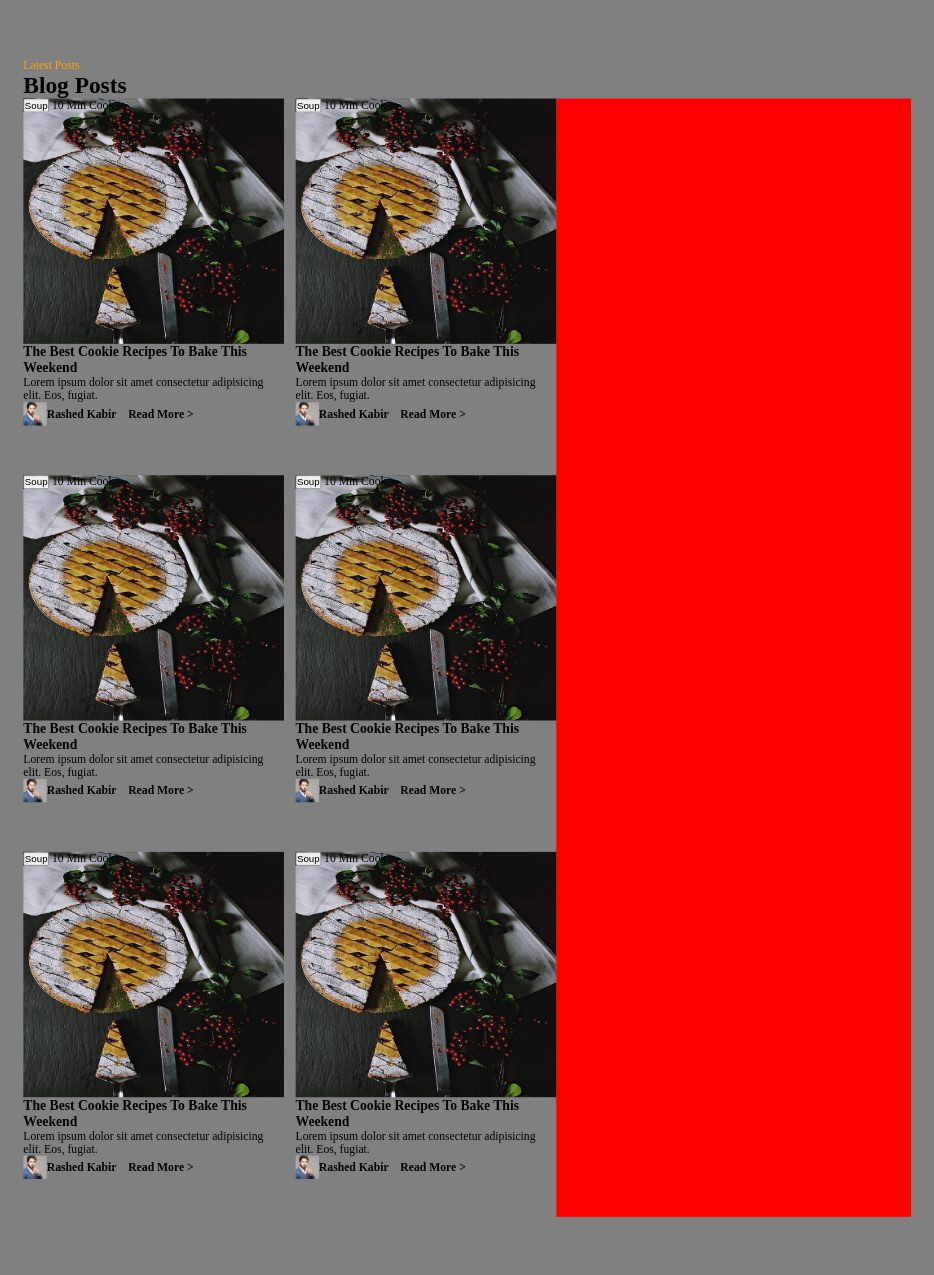
Repository: ngoctinvo/diner_project_cybersoft
Page: html/blog.html
These files come from the project's save history. The page is drawn as it stood at one moment and after the next save; the edit follows.
The browser window is 1280 px wide. The pictures show the whole page, at 73% of full size.
The style sheet was rebuilt from its Sass, Less or Tailwind sources for each picture, by a compiler version that may differ from the author's.

Above is the page before, as saved 2022-04-19 00:13:59.

### html/blog.html
<!DOCTYPE html>
<html lang="en">

<head>
    <meta charset="UTF-8">
    <meta http-equiv="X-UA-Compatible" content="IE=edge">
    <meta name="viewport" content="width=device-width, initial-scale=1.0">
    <title>Document</title>
    <link rel="stylesheet" href="../css/blog.css">
</head>

<body>
    <header></header>
    <section class="blog">
        <div class="container">
            <div class="title">
                <p>Latest Posts</p>
                <h1>Blog Posts</h1>
            </div>
            <div class="row">
                <div class="left-posts">
                    <div class="list">
                        <div class="item">
                            <div class="img">
                                <img src="../img/blog/g4.jpg" alt="">
                                <div class="info-img">
                                    <button>Soup</button>
                                    <span><i class="fa fa-clock"></i> 10 Min Cook</span>
                                </div>

                            </div>
                            <div class="content">
                                <h3>The Best Cookie Recipes To Bake This Weekend</h3>
                                <p>Lorem ipsum dolor sit amet consectetur adipisicing elit. Eos, fugiat.</p>
                            </div>
                            <div class="author">
                                <div class="author-info">
                                    <a href="#">
                                        <img src="../img/blog/team1.jpg" alt="">
                                        <span>Rashed Kabir</span>
                                    </a>
                                </div>

                                <a href="#">Read More ></a>
                            </div>
                        </div>
                        <div class="item">
                            <div class="img">
                                <img src="../img/blog/g4.jpg" alt="">
                                <div class="info-img">
                                    <button>Soup</button>
                                    <span><i class="fa fa-clock"></i> 10 Min Cook</span>
                                </div>

                            </div>
                            <div class="content">
                                <h3>The Best Cookie Recipes To Bake This Weekend</h3>
                                <p>Lorem ipsum dolor sit amet consectetur adipisicing elit. Eos, fugiat.</p>
                            </div>
                            <div class="author">
                                <div class="author-info">
                                    <a href="#">
                                        <img src="../img/blog/team1.jpg" alt="">
                                        <span>Rashed Kabir</span>
                                    </a>
                                </div>

                                <a href="#">Read More ></a>
                            </div>
                        </div>
                        <div class="item">
                            <div class="img">
                                <img src="../img/blog/g4.jpg" alt="">
                                <div class="info-img">
                                    <button>Soup</button>
                                    <span><i class="fa fa-clock"></i> 10 Min Cook</span>
                                </div>

                            </div>
                            <div class="content">
                                <h3>The Best Cookie Recipes To Bake This Weekend</h3>
                                <p>Lorem ipsum dolor sit amet consectetur adipisicing elit. Eos, fugiat.</p>
                            </div>
                            <div class="author">
                                <div class="author-info">
                                    <a href="#">
                                        <img src="../img/blog/team1.jpg" alt="">
                                        <span>Rashed Kabir</span>
                                    </a>
                                </div>

                                <a href="#">Read More ></a>
                            </div>
                        </div>
                        <div class="item">
                            <div class="img">
                                <img src="../img/blog/g4.jpg" alt="">
                                <div class="info-img">
                                    <button>Soup</button>
                                    <span><i class="fa fa-clock"></i> 10 Min Cook</span>
                                </div>

                            </div>
                            <div class="content">
                                <h3>The Best Cookie Recipes To Bake This Weekend</h3>
                                <p>Lorem ipsum dolor sit amet consectetur adipisicing elit. Eos, fugiat.</p>
                            </div>
                            <div class="author">
                                <div class="author-info">
                                    <a href="#">
                                        <img src="../img/blog/team1.jpg" alt="">
                                        <span>Rashed Kabir</span>
                                    </a>
                                </div>

                                <a href="#">Read More ></a>
                            </div>
                        </div>
                        <div class="item">
                            <div class="img">
                                <img src="../img/blog/g4.jpg" alt="">
                                <div class="info-img">
                                    <button>Soup</button>
                                    <span><i class="fa fa-clock"></i> 10 Min Cook</span>
                                </div>

                            </div>
                            <div class="content">
                                <h3>The Best Cookie Recipes To Bake This Weekend</h3>
                                <p>Lorem ipsum dolor sit amet consectetur adipisicing elit. Eos, fugiat.</p>
                            </div>
                            <div class="author">
                                <div class="author-info">
                                    <a href="#">
                                        <img src="../img/blog/team1.jpg" alt="">
                                        <span>Rashed Kabir</span>
                                    </a>
                                </div>

                                <a href="#">Read More ></a>
                            </div>
                        </div>
                        <div class="item">
                            <div class="img">
                                <img src="../img/blog/g4.jpg" alt="">
                                <div class="info-img">
                                    <button>Soup</button>
                                    <span><i class="fa fa-clock"></i> 10 Min Cook</span>
                                </div>

                            </div>
                            <div class="content">
                                <h3>The Best Cookie Recipes To Bake This Weekend</h3>
                                <p>Lorem ipsum dolor sit amet consectetur adipisicing elit. Eos, fugiat.</p>
                            </div>
                            <div class="author">
                                <div class="author-info">
                                    <a href="#">
                                        <img src="../img/blog/team1.jpg" alt="">
                                        <span>Rashed Kabir</span>
                                    </a>
                                </div>

                                <a href="#">Read More ></a>
                            </div>
                        </div>
                    </div>
                    <div class="control-btn"></div>
                </div>
                <div class="right-posts">
                    <!-- <div class="right-container">
                        <div class="item latest-recipes">
                            <h2>Lastest recipes</h2>
                            <div class="list">
                                <div class="item">
                                    <img src="../img/blog/banner1.jpg">
                                    <span>How to make capuccino</span>
                                </div>
                                <div class="item">
                                    <img src="../img/blog/banner1.jpg">
                                    <span>How to make capuccino</span>
                                </div>
                                <div class="item">
                                    <img src="../img/blog/banner1.jpg">
                                    <span>How to make capuccino</span>
                                </div>
                                <div class="item">
                                    <img src="../img/blog/banner1.jpg">
                                    <span>How to make capuccino</span>
                                </div>
                            </div>
                        </div>
                        <div class="item trending-posts">
                            <h3>Trending posts</h3>
                            <div class="list">
                                <div class="item">
                                    <img src="../img/blog/g3.jpg" alt="">
                                    <div class="info">
                                        <p>12 Curry Recipes You’ll Ever Need</p>
                                        <span>Feb 4, 2021</span>
                                    </div>
                                </div>
                            </div>
                        </div>
                        <div class="item categories">
                            <h3>Categories</h3>
                            <ul>
                                <li>
                                    <a href="#">Desserts</a>
                                </li>
                                <li>
                                    <a href="#">Cakes and Biscuits</a>
                                </li>
                                <li>
                                    <a href="#">Food recipes</a>
                                </li>

                            </ul>
                        </div>
                        <div class="item advertisement">
                            <h3>Advertisement</h3>
                            <img src="../img/blog/g1.jpg" alt="">
                        </div>
                    </div> -->



                </div>
            </div>
        </div>
        </div>
    </section>
    <footer></footer>
</body>

</html>

### sass/blog.scss
* {
    margin: 0;
    padding: 0;
    box-sizing: border-box;
}

.blog {
    color: black;
    .container {
        width: 100%;
        background-color: gray;
        padding: 5rem 2rem;
        .title {
            p {
                color: orange;
                font-size: 1rem;
            }
            h1 {
                font-size: 2rem;
            }
        }
        .row {
            display: flex;
            flex-direction: row;
            .left-posts {
                width: 60%;
                .list {
                    display: grid;
                    grid-template-columns: 1fr 1fr;
                    grid-template-rows: repeat(3, 500px);
                    gap: 1rem;
                    .item {
                        margin-bottom: 5rem;
                        .img {
                            position: relative;
                            height: 80%;
                            img {
                                width: 100%;
                                height: 100%;
                            }
                            .info-img {
                                position: absolute;
                                width: 100%;
                                height: 100%;
                                top: 0;
                                left: 0;
                            }
                        }
                        .author {
                            display: flex;
                            flex-direction: row;
                            align-items: center;
                            a {
                                display: flex;
                                flex-direction: row;
                                align-items: center;
                            }
                            .author-info {
                                margin-right: 1rem;
                                img {
                                    width: 2rem;
                                }
                            }
                            a {
                                text-decoration: none;
                                color: black;
                                font-size: 1rem;
                                font-weight: 600;
                            }
                        }
                    }
                }
            }
            .right-posts {
                width: 40%;
                background-color: red;
            }
        }
    }
}

After the next save:
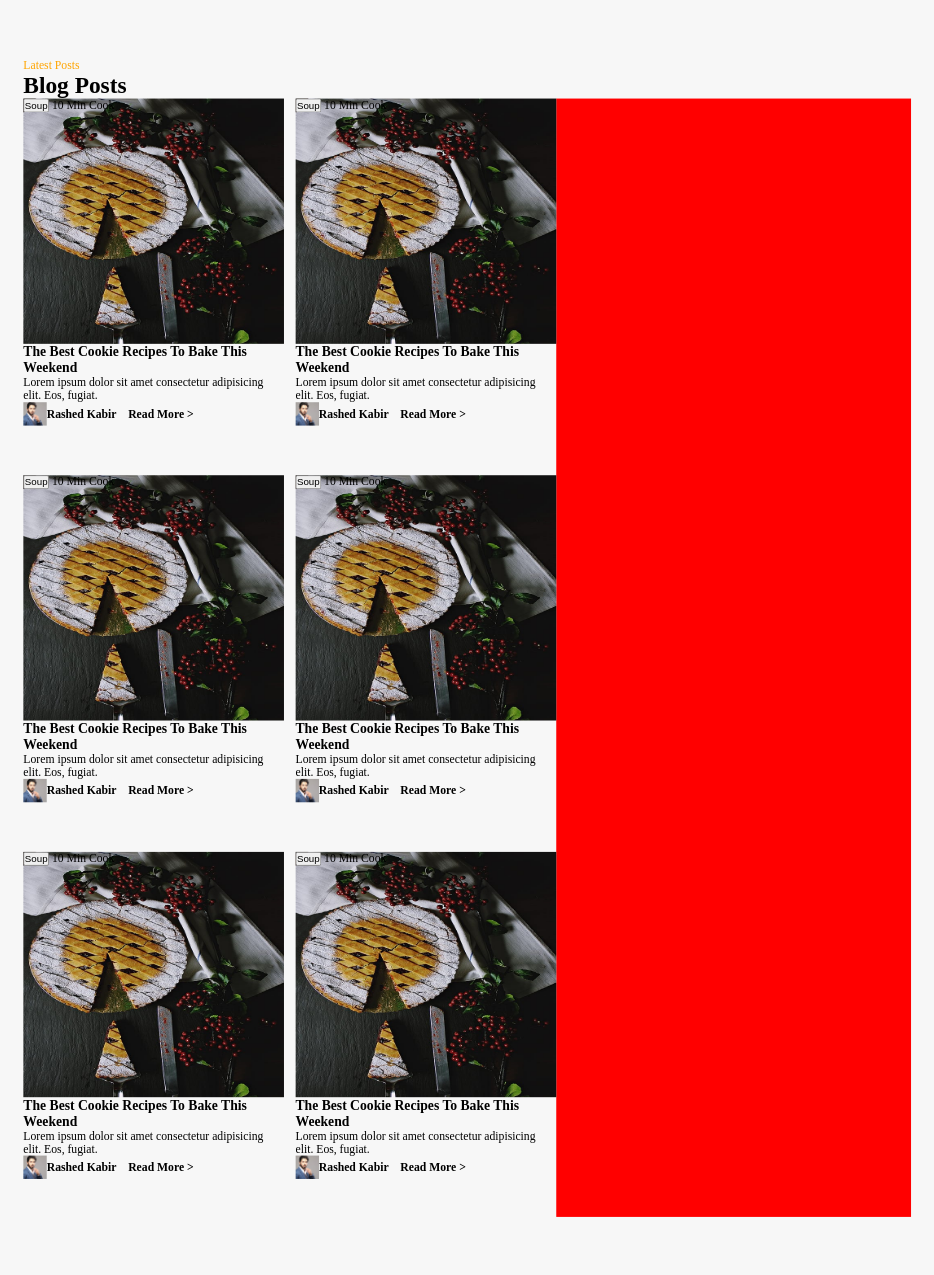
Saved 10 h 1 min later.
--- a/sass/blog.scss
+++ b/sass/blog.scss
@@ -8,7 +8,7 @@
     color: black;
     .container {
         width: 100%;
-        background-color: gray;
+        background-color: #f7f7f7;
         padding: 5rem 2rem;
         .title {
             p {
